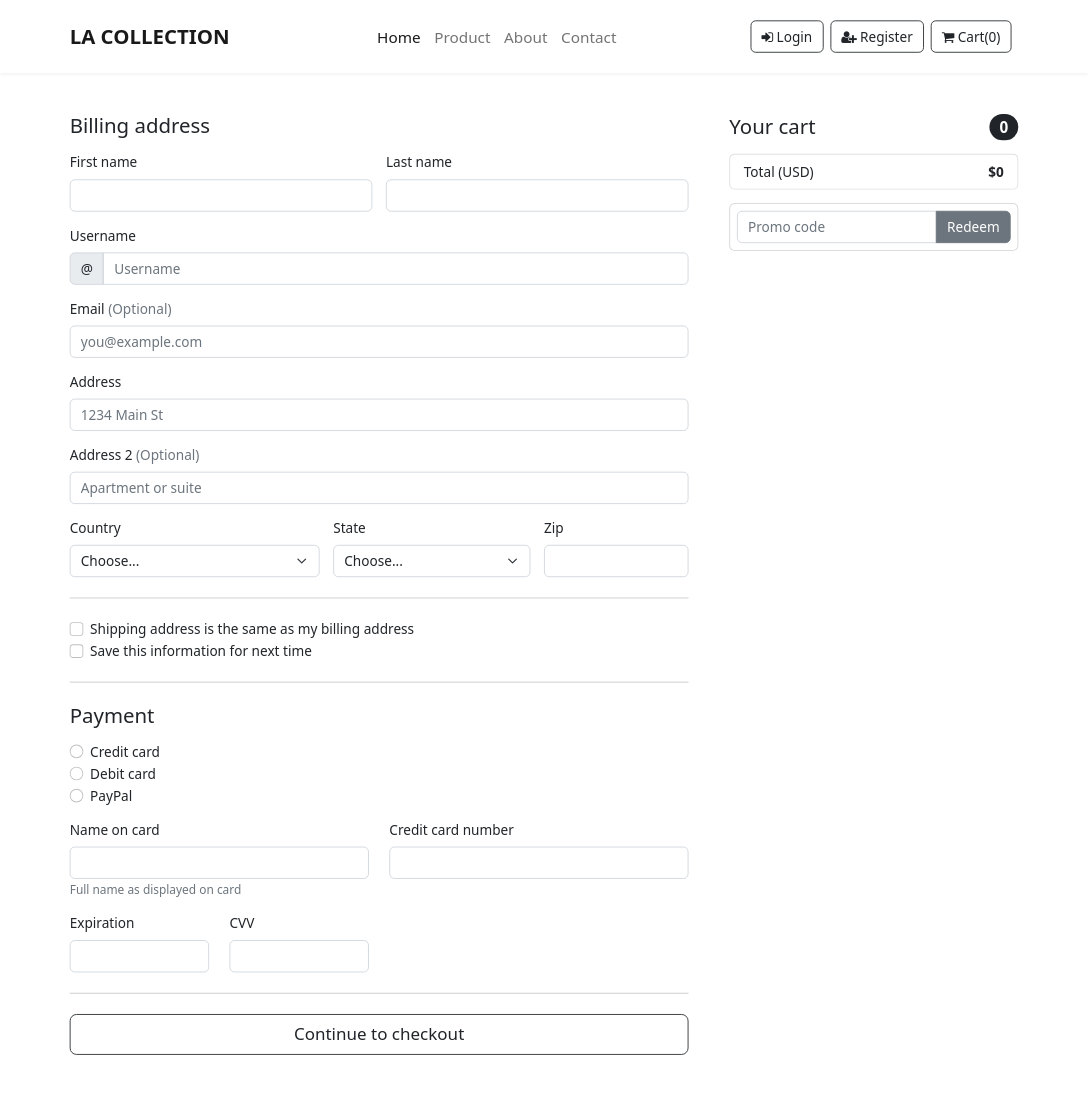
Repository: tiendungjr123/Ecommerce
Page: /checkout
An editor plug-in stored every save of this project. The page is shown before and after the next save, followed by the edit.
The browser window is 1280 px wide. The pictures show the whole page, at 85% of full size.
The project was rebuilt for these pictures with package versions that can differ from the ones it lists, and the page was loaded fresh each time. Also part of the build but not shown: src/components/Products.jsx, src/components/Home.jsx, src/redux/action/index.js, src/components/ProductDetail.jsx, src/components/About.jsx, src/components/Contact.jsx, src/components/Cart.jsx.

Above is the page before, as saved 2022-10-04 16:26:18.

After the next save:
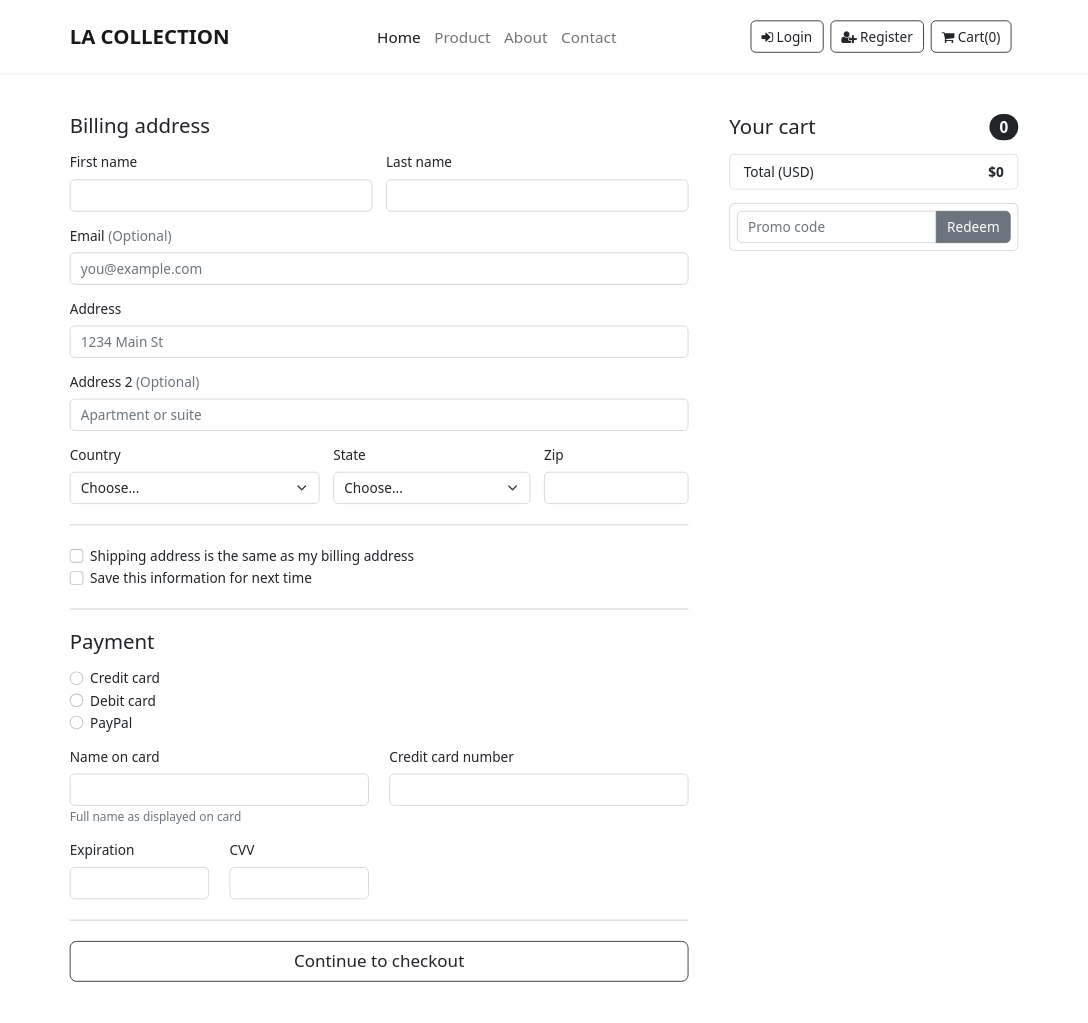
Saved 4 h 47 min later.
--- a/src/components/Checkout.jsx
+++ b/src/components/Checkout.jsx
@@ -58,16 +58,7 @@ const Checkout = () => {
                         </div>
                      </div>
 
-                     <div className="col-12">
-                        <label htmlFor="username" className="form-label">Username</label>
-                        <div className="input-group has-validation">
-                           <span className="input-group-text">@</span>
-                           <input type="text" className="form-control" id="username" placeholder="Username" required="" />
-                           <div className="invalid-feedback">
-                              Your username is required.
-                           </div>
-                        </div>
-                     </div>
+
 
                      <div className="col-12">
                         <label htmlFor="email" className="form-label">Email <span className="text-muted">(Optional)</span></label>
